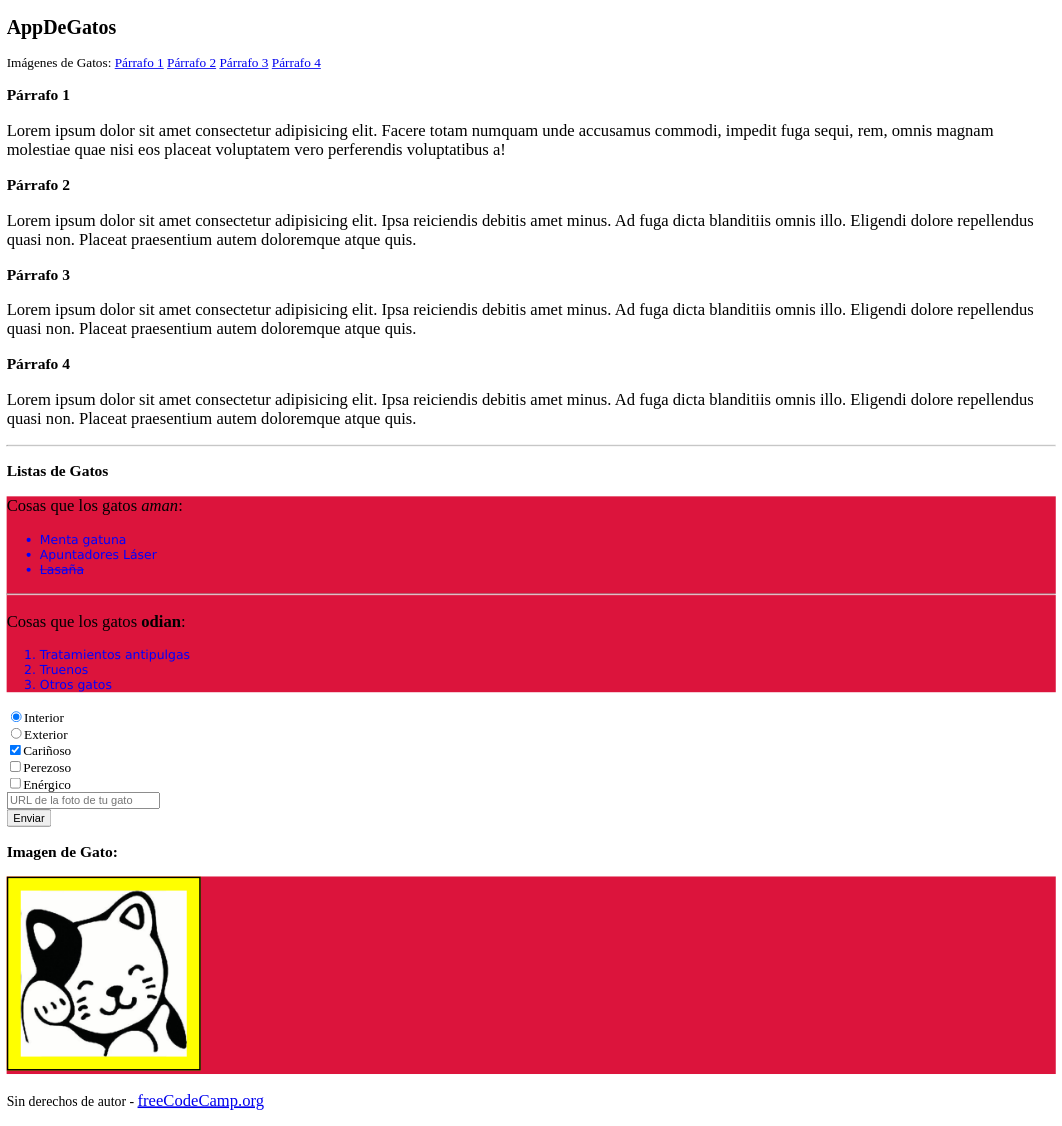
Repository: pedro-donoso/curso-html---css
Page: index.html
An editor plug-in stored every save of this project. The page is shown before and after the next save, followed by the edit.
The browser window is 1280 px wide. The pictures show the whole page, at 83% of full size.

Above is the page before, as saved 2023-11-16 10:57:44.

### index.html
<!DOCTYPE html>
<html lang="es">

<head>
  <meta charset="UTF-8">
  <meta name="viewport" content="width=device-width, initial-scale=1.0">
  <title>AppDeGatos</title>
  <link rel="stylesheet" href="./style.css">
</head>

<body>
  <h2>AppDeGatos</h2>
  <main <h3>Imágenes de Gatos:</h3>

    <a href="#parrafo-1">Párrafo 1</a>
    <a href="#parrafo-2">Párrafo 2</a>
    <a href="#parrafo-3">Párrafo 3</a>
    <a href="#parrafo-4">Párrafo 4</a>

    <h3 id="parrafo-1">Párrafo 1</h3>

    <p>Lorem ipsum dolor sit amet consectetur adipisicing elit. Facere totam numquam unde accusamus commodi, impedit
      fuga sequi, rem, omnis magnam molestiae quae nisi eos placeat voluptatem vero perferendis voluptatibus a!</p>

    <h3 id="parrafo-2">Párrafo 2</h3>

    <p>Lorem ipsum dolor sit amet consectetur adipisicing elit. Ipsa reiciendis debitis amet minus. Ad fuga dicta
      blanditiis omnis illo. Eligendi dolore repellendus quasi non. Placeat praesentium autem doloremque atque quis.</p>

    <h3 id="parrafo-3">Párrafo 3</h3>

    <p>Lorem ipsum dolor sit amet consectetur adipisicing elit. Ipsa reiciendis debitis amet minus. Ad fuga dicta
      blanditiis omnis illo. Eligendi dolore repellendus quasi non. Placeat praesentium autem doloremque atque quis.</p>

    <h3 id="parrafo-4">Párrafo 4</h3>

    <p>Lorem ipsum dolor sit amet consectetur adipisicing elit. Ipsa reiciendis debitis amet minus. Ad fuga dicta
      blanditiis omnis illo. Eligendi dolore repellendus quasi non. Placeat praesentium autem doloremque atque quis.</p>

    <hr>

    <h3>Listas de Gatos</h3>

    <div>
      <p>Cosas que los gatos <em>aman</em>:</p>
      <ul class="lista-de-gatos">
        <li>Menta gatuna</li>
        <li>Apuntadores Láser</li>
        <li><s>Lasaña</s></li>
      </ul>

      <hr>

      <p>Cosas que los gatos <strong>odian</strong>:</p>
      <ol class="lista-de-gatos">
        <li>Tratamientos antipulgas</li>
        <li>Truenos</li>
        <li>Otros gatos</li>
      </ol>
    </div>


    <form action="/enviar-respuesta">

      <!-- botones de radio -->
      <label for="interior">
        <input type="radio" value="interior" id="interior" name="interior-exterior" checked>Interior </label>

      <br>

      <label for="exterior"><input type="radio" value="exterior" id="exterior" name="interior-exterior">Exterior</label>

      <br>

      <!-- casilla de verificación -->
      <label for="carinoso"> <input type="checkbox" name="personalidad id=" carinoso" checked>Cariñoso</label>

      <br>

      <label for="perezoso"><input type="checkbox" name="personalidad" id="perezoso">Perezoso</label>

      <br>

      <label for="energico"><input type="checkbox" name="personalidad" id="energico">Enérgico</label>

      <br>

      <!-- texto y boton enviar -->
      <input type="text" placeholder="URL de la foto de tu gato" required>

      <br>

      <button type="submit">Enviar</button>
    </form>

    <h3>Imagen de Gato:</h3>
    <div>
      <a href="https://www.freecodecamp.org/espanol/" target="_blank" rel="noopener noreferrer"><img
          src="./assets/img/gato.jpg" alt="gato"></a>
    </div>

  </main>

  <footer>
    <p><small>Sin derechos de autor - <a href="https://www.freecodecamp.org/español/"></small>freeCodeCamp.org</a></p>
  </footer>

</body>

</html>

### style.css
p,
ul,
ol {
  font-size: 20px;
}

li {
  color: blue;
  font-size: 15px;
  font-family: Verdana;
}

img {
  padding: 15px;
  background-color: yellow;
  border-width: 2px;
  border-color: black;
  border-style: solid;
  width: 200px;
}

div{
  background-color: crimson;
}

After the next save:
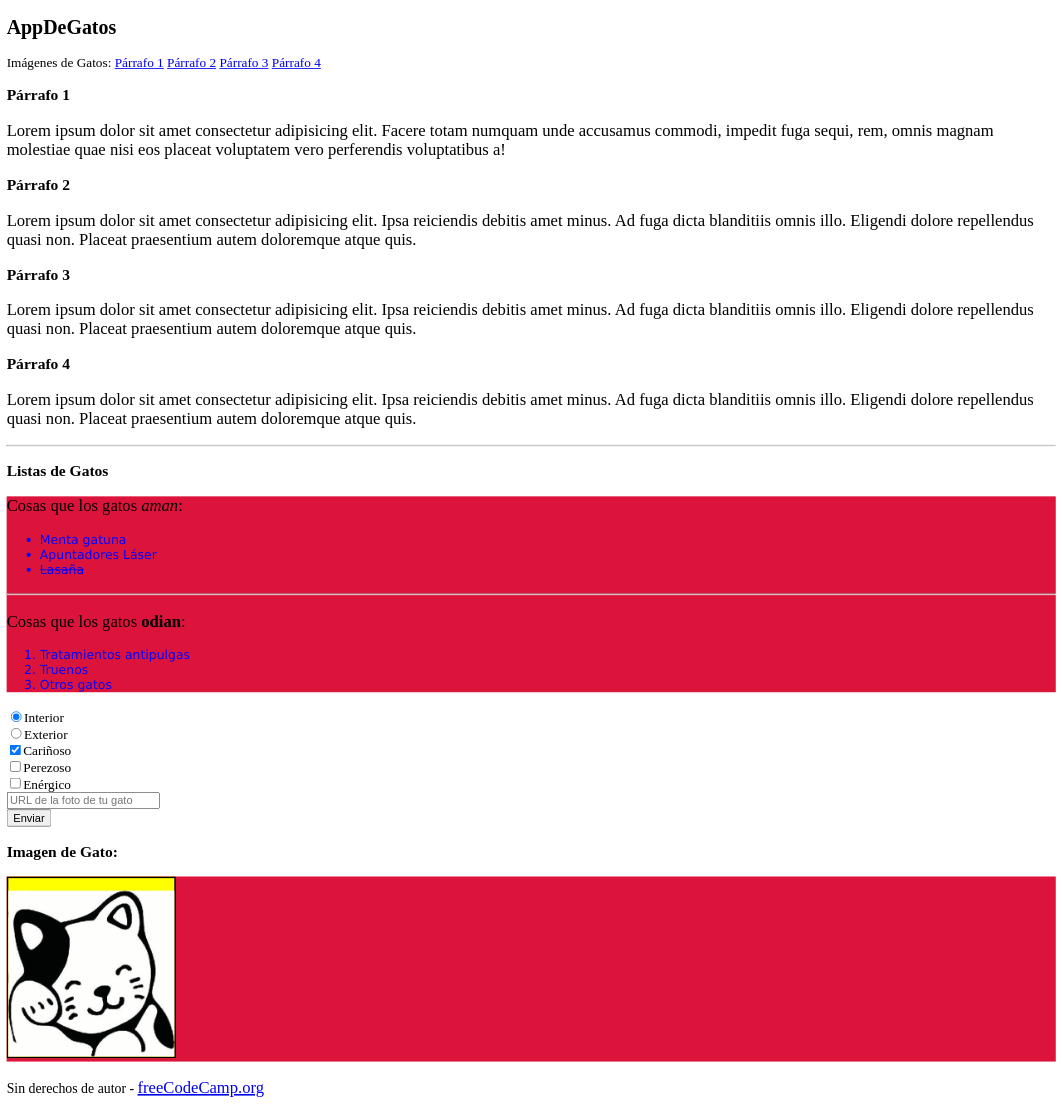
Saved 12 s later.
--- a/style.css
+++ b/style.css
@@ -11,7 +11,7 @@
 }
 
 img {
-  padding: 15px;
+  padding-top: 15px;
   background-color: yellow;
   border-width: 2px;
   border-color: black;

After the 2 saves that followed:
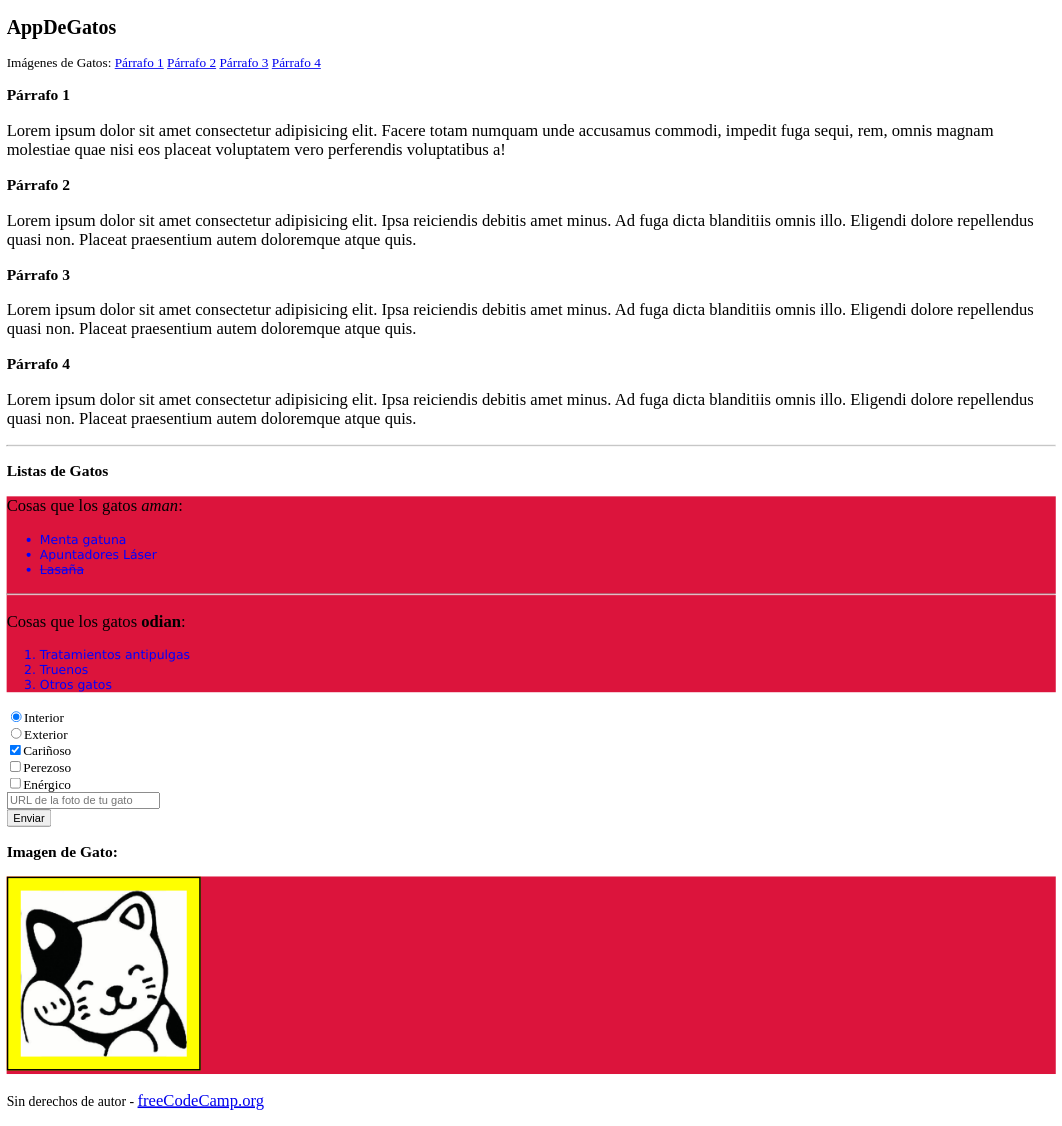
The 2 saves are shown as one change because they came seconds apart.
The last was saved 34 s later.
--- a/style.css
+++ b/style.css
@@ -11,7 +11,7 @@
 }
 
 img {
-  padding-top: 15px;
+  padding: 15px ;
   background-color: yellow;
   border-width: 2px;
   border-color: black;
